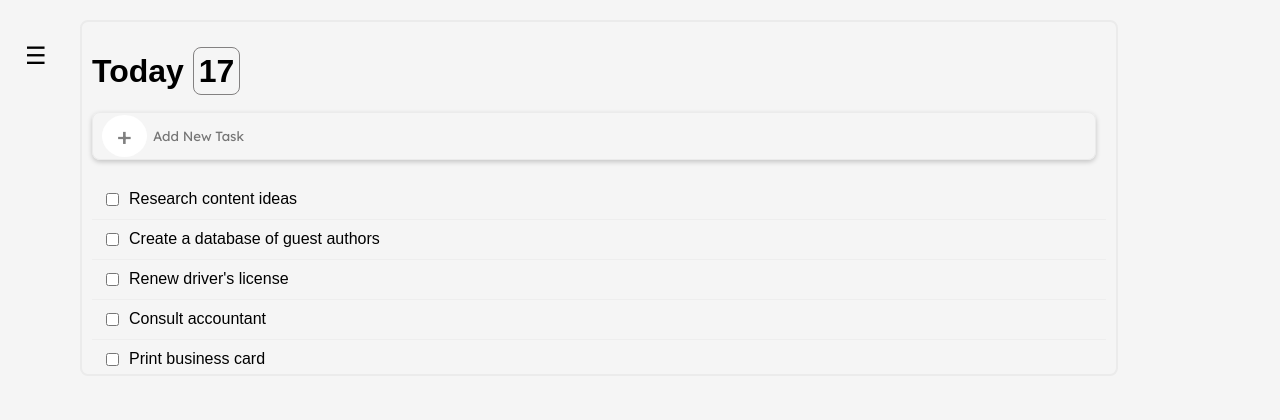
Repository: WeyehnR/Todo-App-e8719e15efb8a3743d14c47aa9ae2115442426d2
Page: Client/index.html
These files come from the project's save history. The page is drawn as it stood at one moment and after the next save; the edit follows.
The browser window is 1280 px wide. The pictures show the whole page.

Above is the page before, as saved 2023-11-17 15:38:46.

### Client/index.html
<!DOCTYPE html>
<html lang="en">
<head>
    <meta charset="UTF-8">
    <meta name="viewport" content="width=device-width, initial-scale=1.0">
    <title>Todo List Application</title>
    <link href="https://fonts.googleapis.com/css2?family=Lexend+Deca&display=swap" rel="stylesheet">
    <link rel="stylesheet" href="styles.css">
</head>
<body>
    <div class="menu-container">
        <div class="hamburger" id="ham-menu-toggle">&#9776;</div>
        <div class="menu-card" id="menu-card">
            <!-- Content of the expanded gray card goes here -->
        </div>
    </div>
    <div class="todo-container">
        <div class="date-header">
          <h1>Today <span id="dayOfMonth"></span></h1>
        </div>
        <div class="add-task">
            <input type="text" placeholder="Add New Task" id="new-task-input">
            <button id="add-task-btn">+</button>
        </div>
        <ul class="todo-list">
            <li><input type="checkbox" id="task-1"><label for="task-1">Research content ideas</label></li>
            <li><input type="checkbox" id="task-2"><label for="task-2">Create a database of guest authors</label></li>
            <li><input type="checkbox" id="task-3"><label for="task-3">Renew driver's license</label></li>
            <li><input type="checkbox" id="task-4"><label for="task-4">Consult accountant</label></li>
            <li><input type="checkbox" id="task-5"><label for="task-5">Print business card</label></li>
        </ul>
    </div>
    <div class="menu-card" id="menu-card">
        <!-- Content of the expanded gray card goes here -->
    </div>
    <script src="main.js"></script>
</body>
</html>

### Client/styles.css

body {
    font-family: 'Arial', sans-serif;
    background-color: whitesmoke;
    margin: 0;
    padding: 20px;
}

.todo-container {
    top: 20px;
    left: 80px;
    right: 80px;
    width: 1038px;
    height: 356px;
    position: absolute;
    background-color: rgba(250,250,250,0);
    border-radius: 8px;
    border: 2px solid #ebebeb;
    box-sizing: border-box;
    padding: 10px;
    flex-grow: 1;
    transition: margin-left 0.3s ease; /* Add a transition for smooth shifting */
}

/* Shift the todo-container when the menu card is expanded */
.todo-container.expanded {
    margin-left: 320px; /* Match the width of the menu card */
    top: 20px;
    left: 25px;
}

#dayOfMonth {
    border: 1px solid #838181;
    border-radius: 8px;
    padding: 5px;
}

.header {
    display: flex;
    align-items: center;
}
/* Style for the hamburger icon */
.hamburger {
    position:absolute;
    font-size: 24px; /* Adjust the size as needed */
    top: 40px; /* Adjust the top position for the icon */
    left: 25px; /* Adjust the left position for the icon */
    cursor: pointer;
    font-family: 'Lexend Deca';
    z-index: 2;
}

.hamburger.expanded {
    top: 40px; /* Align with the top of the expanded menu card */
    left: 280px; /* Align with the left of the expanded menu card */
}


.menu-container{
    display: flex;
}

/* Style for the gray menu card */
.menu-card {
    width: 0; /* Initially hidden */
    height: 100%;
    overflow: hidden;
    transition: width 0.3s ease; /* Add a transition for smooth expansion */
    z-index: 1; /* Ensure the menu card is above other content */
}

/* Style for the content within the menu card */
.menu-card-content {
    padding: 20px;
    /* Add additional styling as needed for the expanded card content */
}

/* Adjust the width when the menu card is expanded */
.menu-card.expanded {
    width: 300px; /* Adjust the width as desired */
    background-color: darkgray; /* Adjust the text color as desired */
    top: 24px;
    left: 24px;
    height: 852px;
    border-radius: 16px;
}



.header h1 {
    margin: 0;
    font-size: 24px;
}

.header span {
    color: #888;
}

.add-task input {
    width: 100%;
    padding: 10px;
    margin-bottom: 20px;
    border: 1px solid #ddd;
    box-sizing: border-box;
}

.todo-list {
    list-style: none;
    padding: 0;
    margin: 0;
}

.todo-list li {
    padding: 10px;
    border-bottom: 1px solid #eee;
    display: flex;
    align-items: center;
}

.todo-list li:last-child {
    border-bottom: none;
}

input[type="checkbox"] {
    margin-right: 10px;
}

/* You can add more styles for checked tasks or interactive states */

/* ... other styles ... */

.add-task {
    display: flex;
    align-items: center;
    position: relative; /* Add this line */
}

.add-task input[type="text"] {
    top: 120px;
    left: 378px;
    width: 1038px;
    height: 48px;
    background-color: rgba(250,250,250,0);
    border-radius: 8px;
    border: 1px solid #ebebeb;
    box-sizing: border-box;
    flex-grow: 1;
    padding: 10px;
    padding-left: 60px; /* Add space for the button */
    margin-right: 10px;
    box-shadow: 0 2px 5px rgba(0, 0, 0, 0.2);
    font-family: 'Lexend Deca';
}


.add-task button {
    position: absolute; /* Add this line */
    left: 10px; /* Adjust as needed */
    top: 35%;
    transform: translateY(-50%); /* This centers the button vertically */
    display: flex;
    justify-content: center;
    align-items: center;
    padding: 1px 15px;
    border: none;
    border-radius: 50%; /* This creates the round shape for the button */
    background-color: rgb(255, 255, 255); /* Replace with the desired button color */
    color: gray;
    font-size: 25px;
    cursor: pointer;
    font-family: 'Lexend Deca';
}

/* ... rest of the styles ... */

/* Styles to ensure the input and button are aligned properly */
.add-task input[type="text"], .add-task button {

    line-height: 40px; /* Adjust line height to vertically center the text */
}

/* Adding some interactivity to the button */
.add-task button:hover {
    background-color: rgb(185, 181, 181); /* Darker shade when hovering */
}

/* ... additional styles and responsive adjustments ... */

### Client/main.js
const getElementById = (element) => document.getElementById(element);
const querySelector = (element) => document.querySelector(element);
document.addEventListener("DOMContentLoaded", function () {
    // Your JavaScript code here
    const currentDate = new Date();
    const dayOfMonth = currentDate.getDate();
    const dayOfMonthElement = getElementById("dayOfMonth");
    dayOfMonthElement.textContent = dayOfMonth;
});

// Get references to the hamburger icon, menu card, and todo-container
const hamburger = document.getElementById("ham-menu-toggle");
const menuCard = document.getElementById("menu-card");
const todoContainer = document.querySelector(".todo-container");

// Add a click event listener to toggle the menu card's expanded state
hamburger.addEventListener("click", () => {
  menuCard.classList.toggle("expanded");
  todoContainer.classList.toggle("expanded");
  hamburger.classList.toggle("expanded");
});

After the next save:
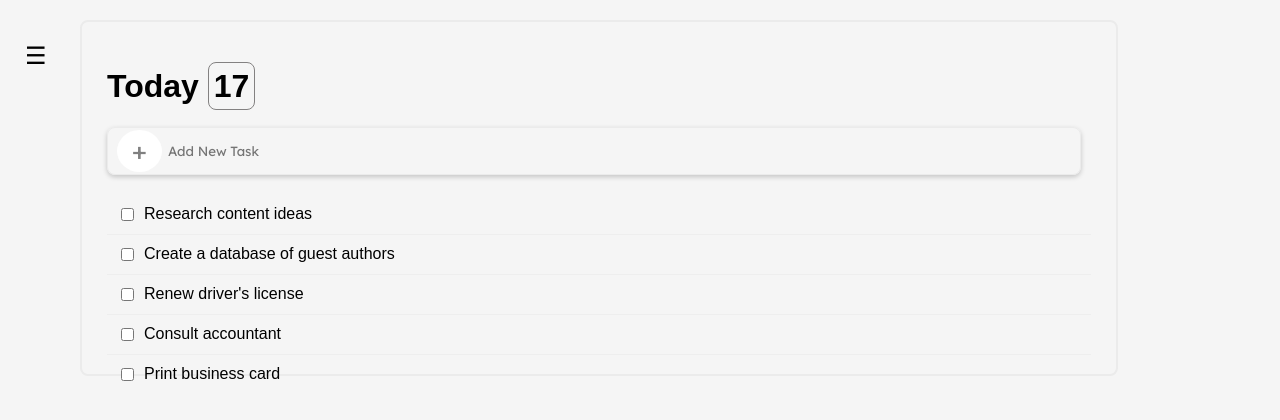
Saved 57 s later.
--- a/Client/styles.css
+++ b/Client/styles.css
@@ -17,7 +17,7 @@ body {
     border-radius: 8px;
     border: 2px solid #ebebeb;
     box-sizing: border-box;
-    padding: 10px;
+    padding: 25px;
     flex-grow: 1;
     transition: margin-left 0.3s ease; /* Add a transition for smooth shifting */
 }
